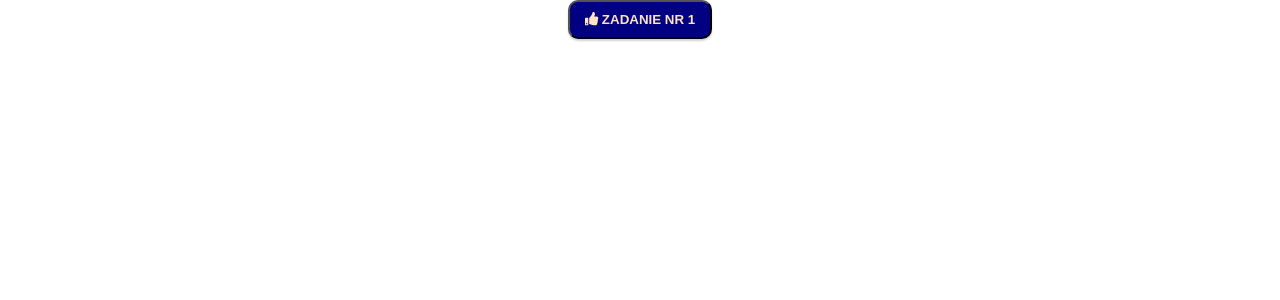
Repository: KrzysKolo/sr_tydzien3_zad_1_2_3
Page: /
These files come from the project's save history. The page is drawn as it stood at one moment and after the next save; the edit follows.
The browser window is 1280 px wide. The pictures show the whole page.
The project was rebuilt for these pictures with package versions that can differ from the ones it lists, and the page was loaded fresh each time.

Above is the page before, as saved 2020-11-02 15:22:34.

After the next save:
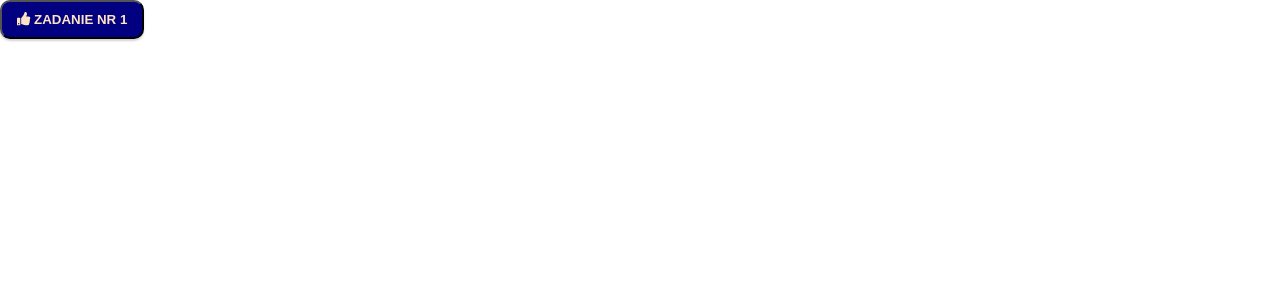
Saved 19 s later.
--- a/src/App.css
+++ b/src/App.css
@@ -7,5 +7,5 @@
   display: flex;
   flex-direction: column;
   justify-content: center;
-  align-items: center;
+  align-content: center;
 }

After the 2 saves that followed:
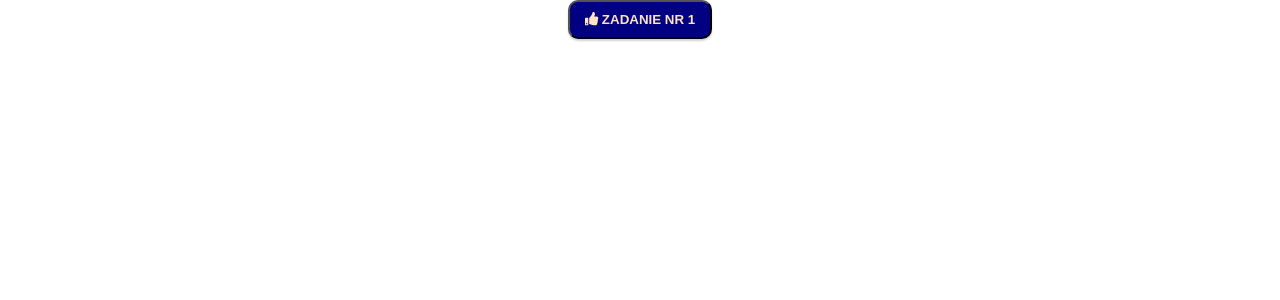
The 2 saves are shown as one change because 1 left the picture as it was.
The last was saved 24 s later.
--- a/src/App.css
+++ b/src/App.css
@@ -7,5 +7,5 @@
   display: flex;
   flex-direction: column;
   justify-content: center;
-  align-content: center;
+  align-items: center;
 }
